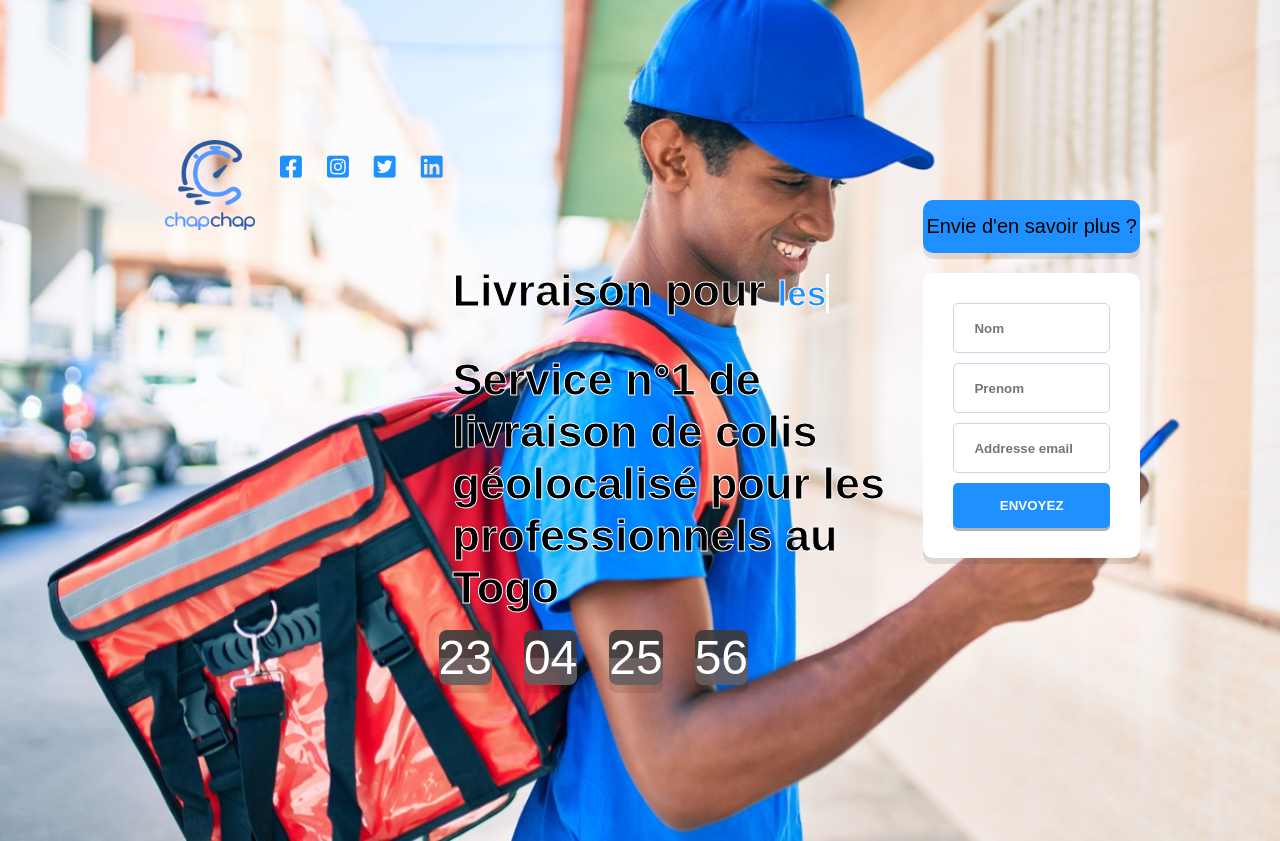
Repository: lawalalao/landpage
Page: index.html
An editor plug-in stored every save of this project. The page is shown before and after the next save, followed by the edit.
The browser window is 1280 px wide. The pictures show the whole page.
Some web fonts or font styles are not loaded; a fallback is used.

Above is the page before, as saved 2021-01-15 15:27:36.
Console error: TypeError: Cannot read properties of null (reading 'addEventListener')

### index.html
<!DOCTYPE html>
<html lang="en">
<head>
    <meta charset="UTF-8">
    <meta name="viewport" content="width=device-width, initial-scale=1.0">
    <link rel="shortcut icon" type="image/x-icon" href="./assets/icone.png">
    <meta http-equiv="refresh" content="30">
    <link href="./assets/fontawesome-free-5.15.1-web/css/all.css" rel="stylesheet">
    <link rel="preconnect" href="https://fonts.gstatic.com">
    <link href="https://fonts.googleapis.com/css2?family=Allerta+Stencil&display=swap" rel="stylesheet">
    <link rel="stylesheet" href="style.css">
    <!-- Primary Meta Tags -->
<title>chapchap.tg</title>
<meta name="title" content="chapchap.tg">
<meta name="description" content="Service n°1 de livraison de colis géolocalisé pour les professionnels au Togo.comingsoon">

<!-- Open Graph / Facebook -->
<meta property="og:type" content="website">
<meta property="og:url" content="https://metatags.io/">
<meta property="og:title" content="chapchap.tg">
<meta property="og:description" content="Service n°1 de livraison de colis géolocalisé pour les professionnels au Togo.comingsoon">
<meta property="og:image" content="https://metatags.io/assets/meta-tags-16a33a6a8531e519cc0936fbba0ad904e52d35f34a46c97a2c9f6f7dd7d336f2.png">

<!-- Twitter -->
<meta property="twitter:card" content="summary_large_image">
<meta property="twitter:url" content="https://metatags.io/">
<meta property="twitter:title" content="chapchap.tg">
<meta property="twitter:description" content="Service n°1 de livraison de colis géolocalisé pour les professionnels au Togo.comingsoon">
<meta property="twitter:image" content="https://metatags.io/assets/meta-tags-16a33a6a8531e519cc0936fbba0ad904e52d35f34a46c97a2c9f6f7dd7d336f2.png">
</head>
<body>

        <div class="nav" id="navbar">
            <nav class="navbar navbar-light bg-light">
            <a class="navbar-brand" href="#">
                <img src="./assets/logo.png" width="90" height="90" alt="logo" loading="lazy">
            </a>
            </nav>
            <div class="social">
                <a href="https://web.facebook.com/chapchap.tg" target="_blank" ><i class="fab fa-facebook-square"></i></a>
                <a href="https://www.instagram.com/chapchap_tg/" target="_blank"><i class="fab fa-instagram-square"></i></a>
                <a href="https://twitter.com/chapchap_tg" target="_blank"><i class="fab fa-twitter-square"></i></a>
                <a href="https://www.linkedin.com/company/chapchap-tg" target="_blank" ><i class="fab fa-linkedin"></i></a>
            </div>
        </div>

    <section class="signup">
        <div class="signup-intro">
            <h1 class="z">Livraison pour
                <span class="txt-type" data-wait="500" data-words='["les colis", "les plis", "les marchandises", "le retail", "le dernier Kilometre"]'></span>
            </h1>
            <h1 class="x">Service n°1 de livraison de colis géolocalisé pour les professionnels au Togo</h1>
             <div class="countdown"></div>

        </div>

        <div class="signup-form">
            <div class="tryit-banner">
                <p>Envie d'en savoir plus ? </p>
            </div>

            <form action="https://formspree.io/f/xleollba" method="POST"">
                <input type="text" name="name" placeholder="Nom">
                <input type="text" name="name" placeholder="Prenom">
                <input type="email" name="_replyto"placeholder="Addresse email" required>

                <button class="button">Envoyez</button>

            </form>
        </div>
    </section>
</body>
<script src="./app.js"></script>
<script>  var prevScrollpos = window.pageYOffset;
      window.onscroll = function() {

      var currentScrollpos = window.pageYOffset;
      if(prevScrollpos > currentScrollpos) {
            document.getElementById("navbar").style.top = "0";
      } else {
            document.getElementById("navbar").style.top = "-400px";
      }

      prevScrollpos = currentScrollpos;

      }</script>
</html>

### style.css
body {
    font-family: 'Allerta Stencil',
    sans-serif;
    max-width: 310px;
    margin: 0 auto;
    padding: 20px 20px;
    background: url("./assets/image.jpeg") center no-repeat;
    background-repeat: no-repeat;
    background-size: cover;
    color: Black;
    text-align: center;
}
.social i{
    color:#1E90FF;
    font-size:25px;
}

.social i:hover {
    color: rgb(25, 29, 238);
}

.z{
    margin-top: 100px;
}
.nav a {
    float: left;
    font-size: 28px;
    font-weight: bold;
    margin-left: 25px;
    color: black;
    text-decoration: none;

}
.txt-type>.txt {
    font-size: 35px;
    color: #1E90FF;
    border-right: 0.2rem solid white;
}
h1{
    -webkit-text-stroke: 1px white;
    color:black;
}
p {
    font-size: 14px;
}

.tryit-banner {
    background-color:#1E90FF;
    border-radius: 10px;
    margin-top: 50px;
    box-shadow: 0px 6px 0px rgba(0, 0, 0, 0.1);
    font-size: 14px;
}

.tryit-banner p {
    padding: 15px 0;
}

input, button {
    font-family: 'Allerta Stencil',
    sans-serif;
}

form {
    background-color: #fff;
    margin-top: 20px;
    display: flex;
    flex-direction: column;
    padding: 20px;
    border-radius: 10px;
    box-shadow: 0px 6px 0px rgba(0, 0, 0, 0.1);
}

input {
    box-sizing: border-box;
    width: 100%;
    height: 50px;
    padding-left: 20px;
    font-weight: 600;
    border: 1px solid hsl(245, 35%, 87%);
    border-radius: 5px;
    margin-bottom: 10px;
    transition: 0.1s;
}

input:hover {
    border: 1px solid hsl(246, 25%, 77%);
}

.button {
    background-color:#1E90FF;
    font-family: 'Allerta Stencil',
    sans-serif;
    border: none;
    border-radius: 5px;
    box-shadow: 0px 3px 0px rgba(0, 0, 0, 0.3);
    padding: 15px 0;
    text-transform: uppercase;
    color: #fff;
    font-weight: 600;
    transition: 0.5s;
}

.button:hover {
    background-color:#042b52;
}

.form-disclaimer {
    color: hsl(246, 25%, 77%);
    font-size: 10px;
}

.terms {
    text-decoration: none;
    font-weight: 600;
    color: hsl(0, 100%, 74%);
}
.countdown {

    display: flex;
    margin-left: -30px;
    font-size: 30px;
    font-weight: 200;
}

.countdown div {

    background: linear-gradient(to bottom,
            rgba(61, 58, 58, 0.9) 50%,
            rgba(99, 93, 93, 0.9) 0);
    color: white;
    margin: 1rem 1rem 3rem 1rem;
    font-size: 3rem;
    font-weight: 400;
    display: flex;
    justify-content: center;
    align-items: center;
    box-shadow: 0px 8px 0px rgba(0, 0, 0, 0.1);
    border-radius: 8px;
    position: relative;
}

.countdown div::before {
    content: "";
    position: absolute;
    height: 0.24rem;
    background-color: #17181b;
}

.countdown div::after {
    content: attr(data-content);
    font-size: 6rem;
    font-weight: 400;
    position: absolute;
    bottom: -6rem;
}

@media screen and (min-width: 480px) {
    .countdown {
        font-size: 25px;
        display: flex;
    }

    .countdown div {
        display: flex;
        margin: 1rem 1rem 1rem 1rem;
        font-size: 2rem;
        flex-direction: column;
    }

    .countdown div::after {
        font-size: 2rem;
        display: flex;
        flex-direction: column;
        width: 60%;

    }
}

@media screen and (min-width: 768px) {
    .countdown {
        font-size: 56px;
    }
    .countdown {
        font-size: 25px;
        display: flex;
    }

    .countdown div {
        display: flex;
        margin: 1rem 1rem 1rem 1rem;
        font-size: 3rem;
        flex-direction: column;
    }

    .countdown div::after {
        font-size: 2.2rem;
        display: flex;
        flex-direction: column;
        width: 60%;
    }

    .signup {
        text-align: center;
    }
}

@media screen and (min-width: 1024px) {
    header .content .countdown {
        font-size: 72px;

    }
}

@media screen and (min-width: 1280px) {
    .content .countdown {
        font-size: 56px;
    }
}
@media screen and (min-width: 900px) {
    .nav{

    }
    .nav a {
        float: left;
        font-size: 40px;
        font-weight: bold;
        margin-left: 25px;
        color: black;
        text-decoration: none;

    }
    .signup {
        display: flex;
        justify-content: space-between;
    }

    .signup-intro {
        margin-top: 25px;
        width: 100%;
        margin-left: 10px;
        display: flex;
        flex-direction: column;
        justify-content: center;
        text-align: left;
    }

    .signup-form {
        width: 46%;
        font-family: 'Allerta Stencil',
        sans-serif;
        margin-top: 10px;
    }
    form {
        padding: 30px;
    }

    body {
        margin:100px auto;
        max-width: 1000px;
        padding: 40px 20px;
        background: url("./assets/image.jpeg") ;
        background-repeat: no-repeat;
        background-size: cover;
        font-family: 'Allerta Stencil',
        sans-serif;
    }

    h1 {
        font-size:45px;
        margin-bottom: 0px;
        -webkit-text-stroke: 1px white;
        color:black;
    }

    p {
        font-size: 20px;
    }
}

### app.js
const countdown = document.querySelector(".countdown");

const interval = setInterval(() => {
  const deadline = new Date(2021,01, 05, 00, 00, 00);

  const current = new Date();

  const diff = deadline - current;

  const days = Math.floor(diff / (1000 * 60 * 60 * 24)) + "";
  const hours = Math.floor((diff / (1000 * 60 * 60)) % 24) + "";
  const minutes = Math.floor((diff / (1000 * 60)) % 60) + "";
  const seconds = Math.floor((diff / 1000) % 60) + "";

  countdown.innerHTML = `
    <div data-content="">${days.length === 1 ? `0${days}` : days}</div>
    <div data-content="">${hours.length === 1 ? `0${hours}` : hours}</div>
    <div data-content="">${
      minutes.length === 1 ? `0${minutes}` : minutes
    }</div>
    <div data-content="">${
      seconds.length === 1 ? `0${seconds}` : seconds
    }</div>
`;

  if (diff < 0) {
    clearInterval(interval);
    countdown.innerHTML = "<h1>Here We Go!!!</h1>";
  }

  document.querySelector(".reset").addEventListener("click", () => {
    clearInterval(interval);

    const divs = document.querySelectorAll(".countdown div");

    divs.forEach((div) => {
      div.innerHTML = "00";
    });
  });
}, 1000);


// ES6 Class
class TypeWriter {
  constructor(txtElement, words, wait = 3000) {
    this.txtElement = txtElement;
    this.words = words;
    this.txt = '';
    this.wordIndex = 0;
    this.wait = parseInt(wait, 10);
    this.type();
    this.isDeleting = false;
  }

  type() {
    // Current index of word
    const current = this.wordIndex % this.words.length;
    // Get full text of current word
    const fullTxt = this.words[current];

    // Check if deleting
    if(this.isDeleting) {
      // Remove char
      this.txt = fullTxt.substring(0, this.txt.length - 1);
    } else {
      // Add char
      this.txt = fullTxt.substring(0, this.txt.length + 1);
    }

    // Insert txt into element
    this.txtElement.innerHTML = `<span class="txt">${this.txt}</span>`;

    // Initial Type Speed
    let typeSpeed = 300;

    if(this.isDeleting) {
      typeSpeed /= 2;
    }

    // If word is complete
    if(!this.isDeleting && this.txt === fullTxt) {
      // Make pause at end
      typeSpeed = this.wait;
      // Set delete to true
      this.isDeleting = true;
    } else if(this.isDeleting && this.txt === '') {
      this.isDeleting = false;
      // Move to next word
      this.wordIndex++;
      // Pause before start typing
      typeSpeed = 500;
    }

    setTimeout(() => this.type(), typeSpeed);
  }
}


// Init On DOM Load
document.addEventListener('DOMContentLoaded', init);

// Init App
function init() {
  const txtElement = document.querySelector('.txt-type');
  const words = JSON.parse(txtElement.getAttribute('data-words'));
  const wait = txtElement.getAttribute('data-wait');
  // Init TypeWriter
  new TypeWriter(txtElement, words, wait);
}

Loaded but not shown: assets/fontawesome-free-5.15.1-web/css/all.css (library)

After the next save:
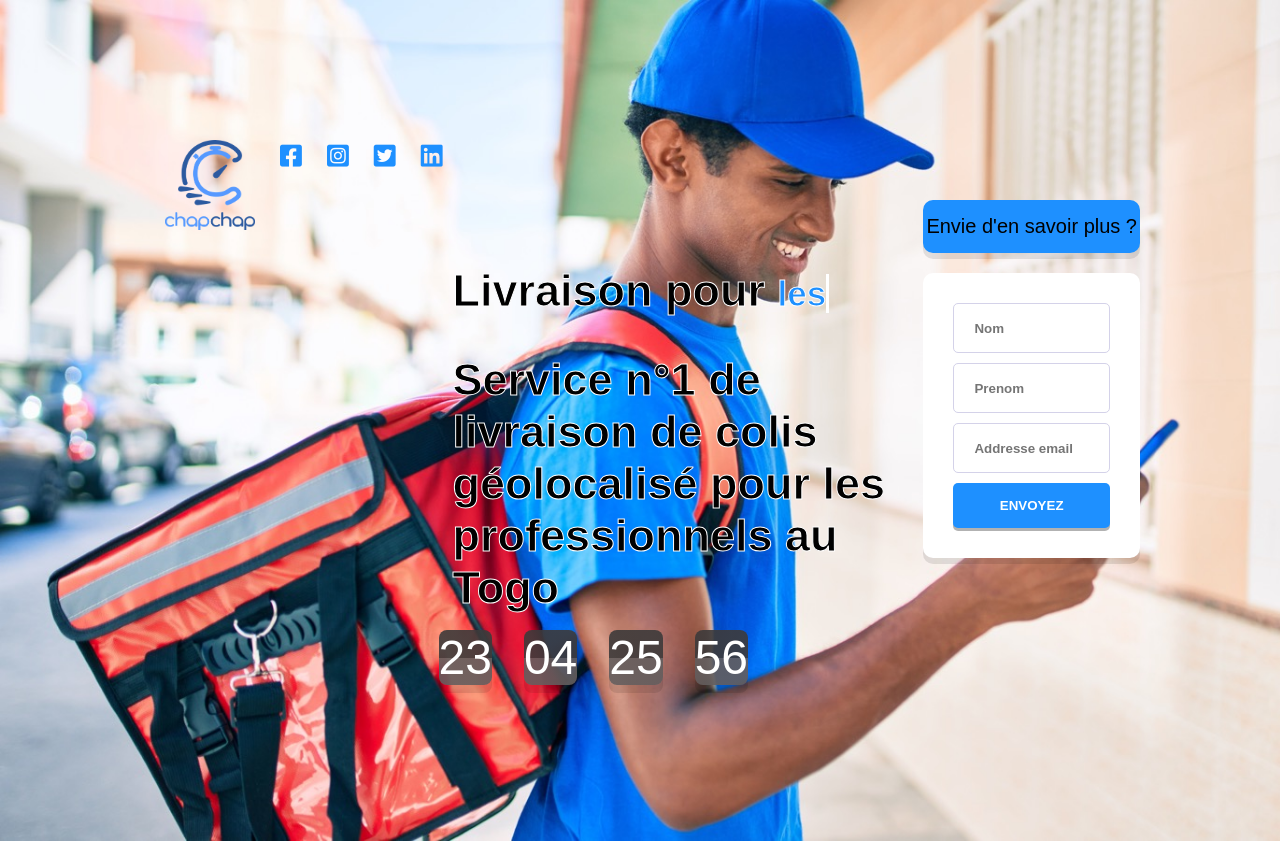
Saved 19 s later.
--- a/style.css
+++ b/style.css
@@ -218,18 +218,7 @@ input:hover {
     }
 }
 @media screen and (min-width: 900px) {
-    .nav{
-
-    }
-    .nav a {
-        float: left;
-        font-size: 40px;
-        font-weight: bold;
-        margin-left: 25px;
-        color: black;
-        text-decoration: none;
-
-    }
+
     .signup {
         display: flex;
         justify-content: space-between;
